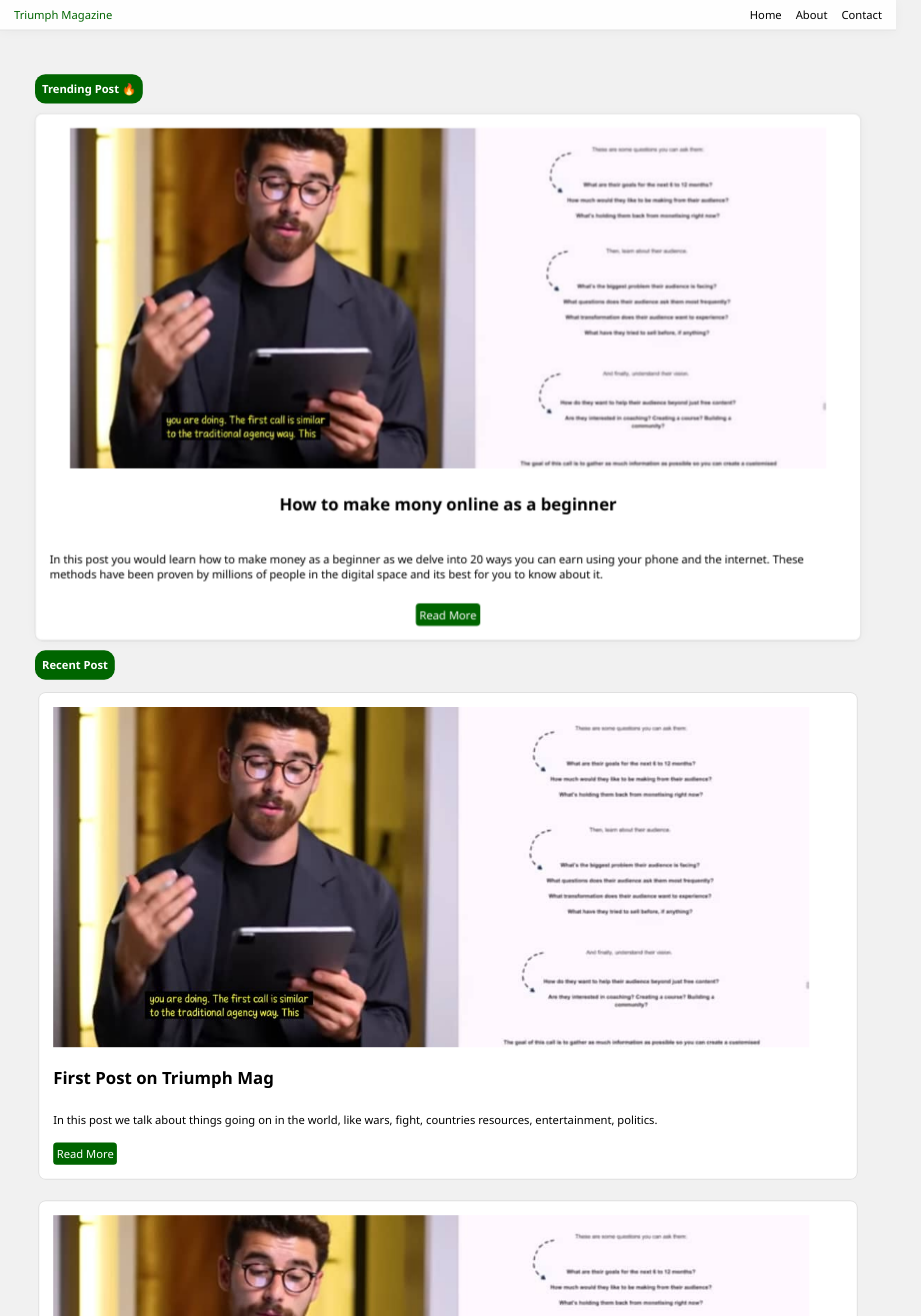
Repository: zikcolle/Triumph-Blog
Page: index.html
These files come from the project's save history. The page is drawn as it stood at one moment and after a run of saves; the edit follows.
The browser window is 1280 px wide. The page is 1280 px wide, then 1316 px, so the pictures cover 1316 px, including what lies to the right of the window. The pictures show the part of the page from y = 0 to 1880 px (the page is 5688 px tall before and 5823 px after), at 70% of full size.

Above is the page before, as saved 2026-06-22 14:57:57.

After the next 6 saves:
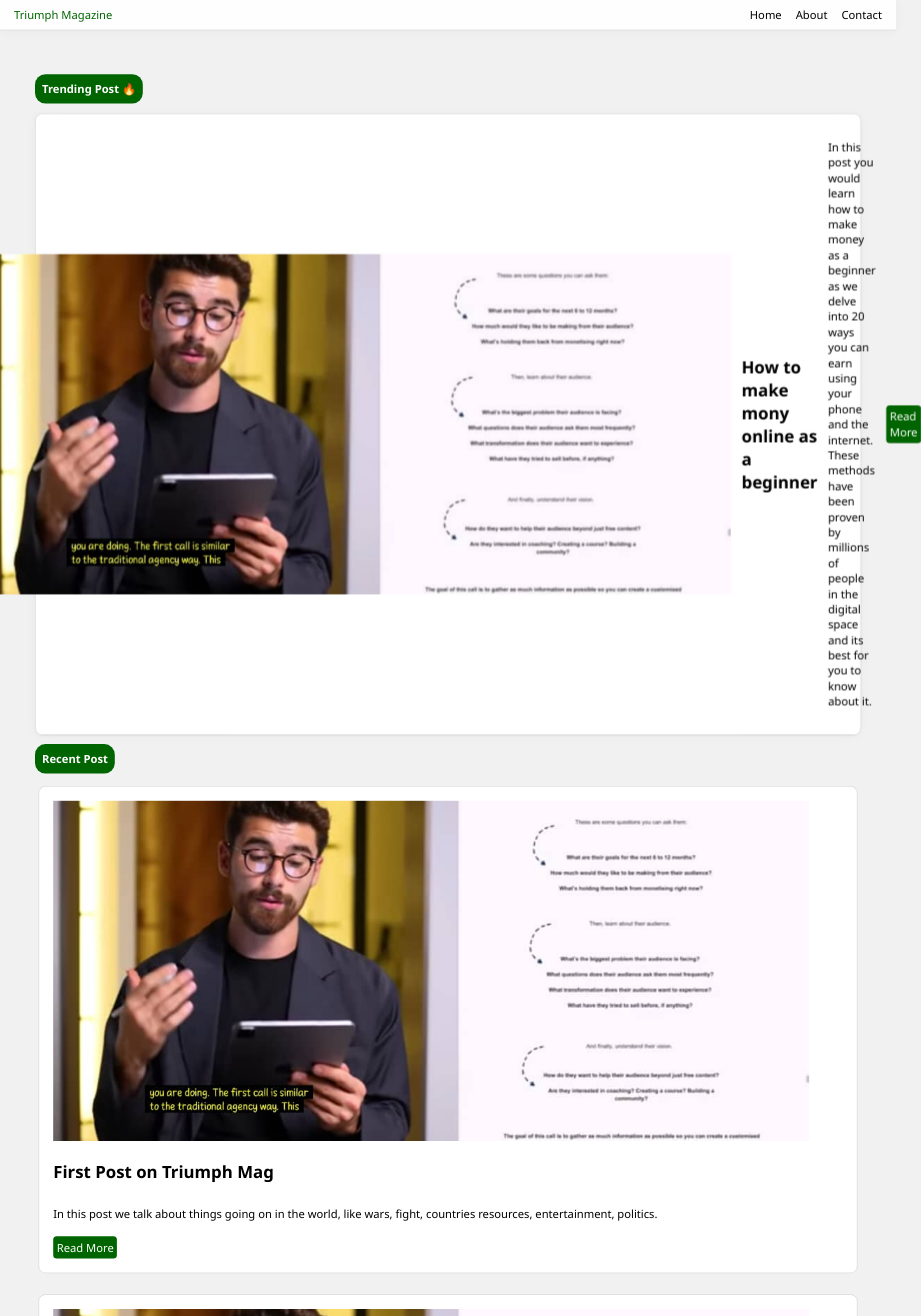
The 6 saves are shown as one change because they came seconds apart.
The last was saved 14 s later.
--- a/styles.css
+++ b/styles.css
@@ -121,7 +121,10 @@ img, svg, video, canvas, iframe {
 }
 
 @media (min-width: 768px) {
+    .feat-post {
+        flex-direction: row;
 
+    }
 }
 
 .read-more {
